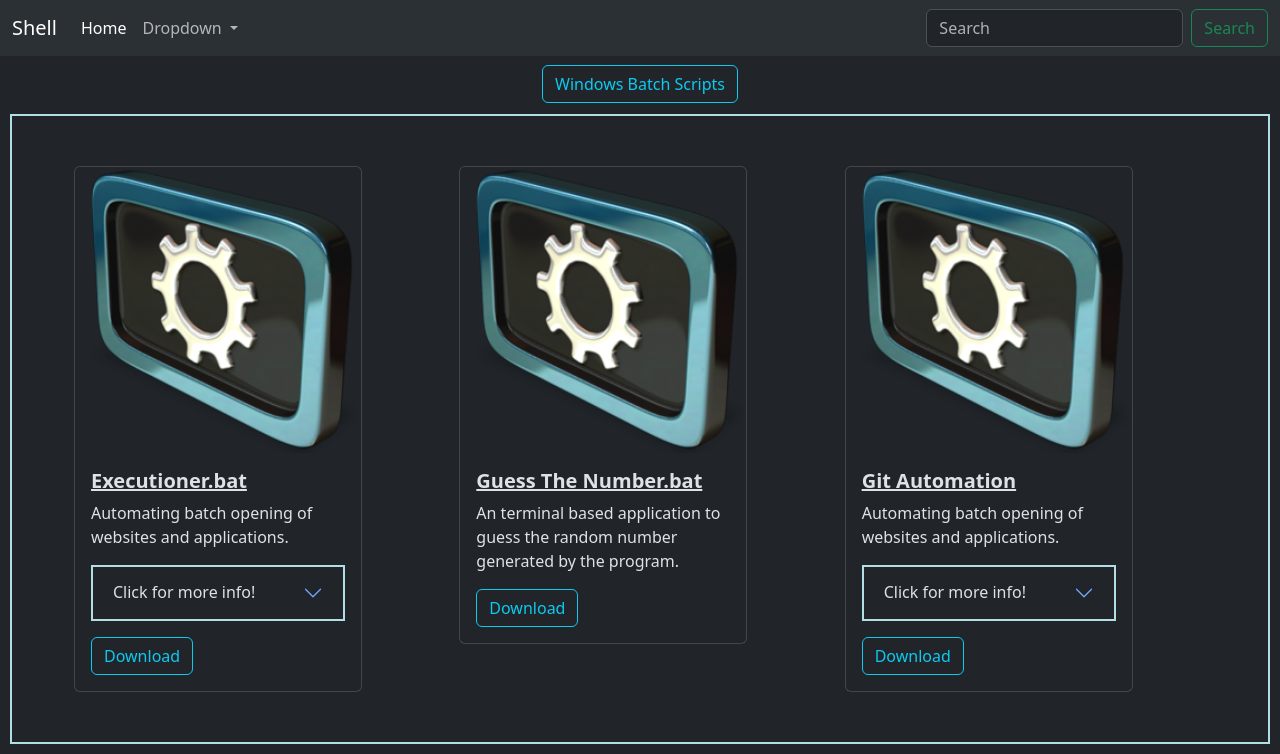
Repository: VictoriousMango/Archive
Page: index.html
These files come from the project's save history. The page is drawn as it stood at one moment and after a run of saves; the edit follows.
The browser window is 1280 px wide. The pictures show the whole page.

Above is the page before, as saved 2024-10-05 20:10:39.

After the next 2 saves:
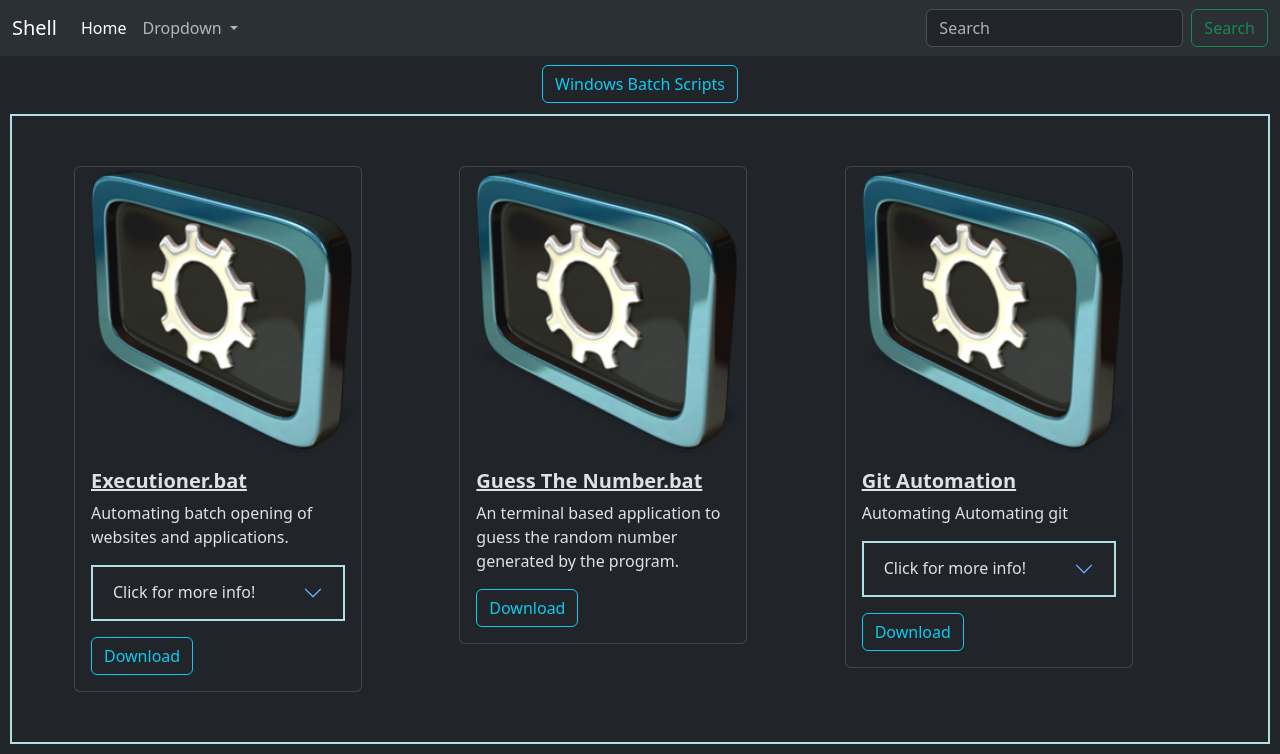
The 2 saves are shown as one change because they came seconds apart.
The last was saved 12 s later.
--- a/index.html
+++ b/index.html
@@ -106,7 +106,7 @@
                 <div class="card-body">
                     <h5 class="card-title"><b><u>Git Automation</u></b></h5>
                     <p class="card-text">
-                        Automating batch opening of websites and applications.
+                        Automating Automating git
                     <div class="accordion accordion-flush" id="accordionFlushExample">
                         <div class="accordion-item" style="border: 2px solid powderblue;">
                             <h2 class="accordion-header">
